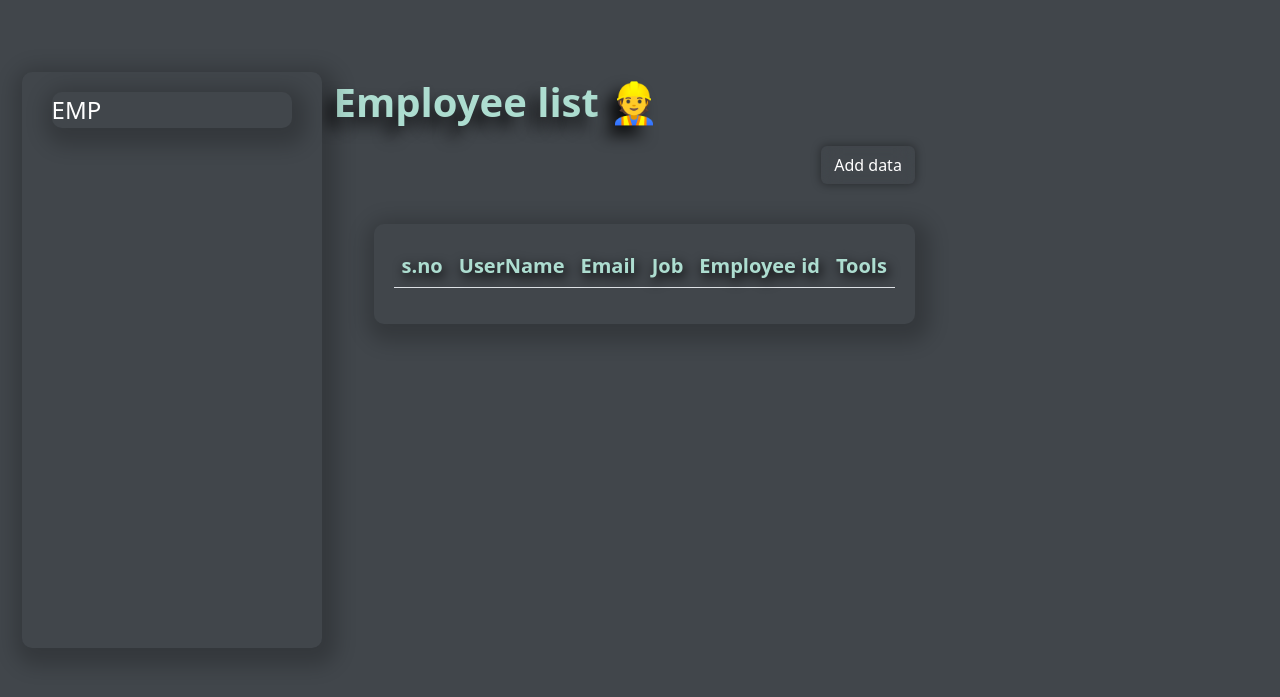
Repository: iamevs/Employee-Management-System
Page: /home (app in client/)
These files come from the project's save history. The page is drawn as it stood at one moment and after the next save; the edit follows.
The browser window is 1280 px wide. The pictures show the whole page.
The page's requests for data from a server got no answer. The project was rebuilt for these pictures with package versions that can differ from the ones it lists, and the page was loaded fresh each time. No one was signed in, and anything a server would have sent is missing. Also part of the build but not shown: client/vite.config.js, client/src/components/Register.jsx, client/src/components/Edit.jsx, client/src/components/Hero.jsx. Imported but missing from the stored project, and not drawn on this page: client/src/components/Details.

Above is the page before, as saved 2022-11-29 01:49:19.

After the next save:
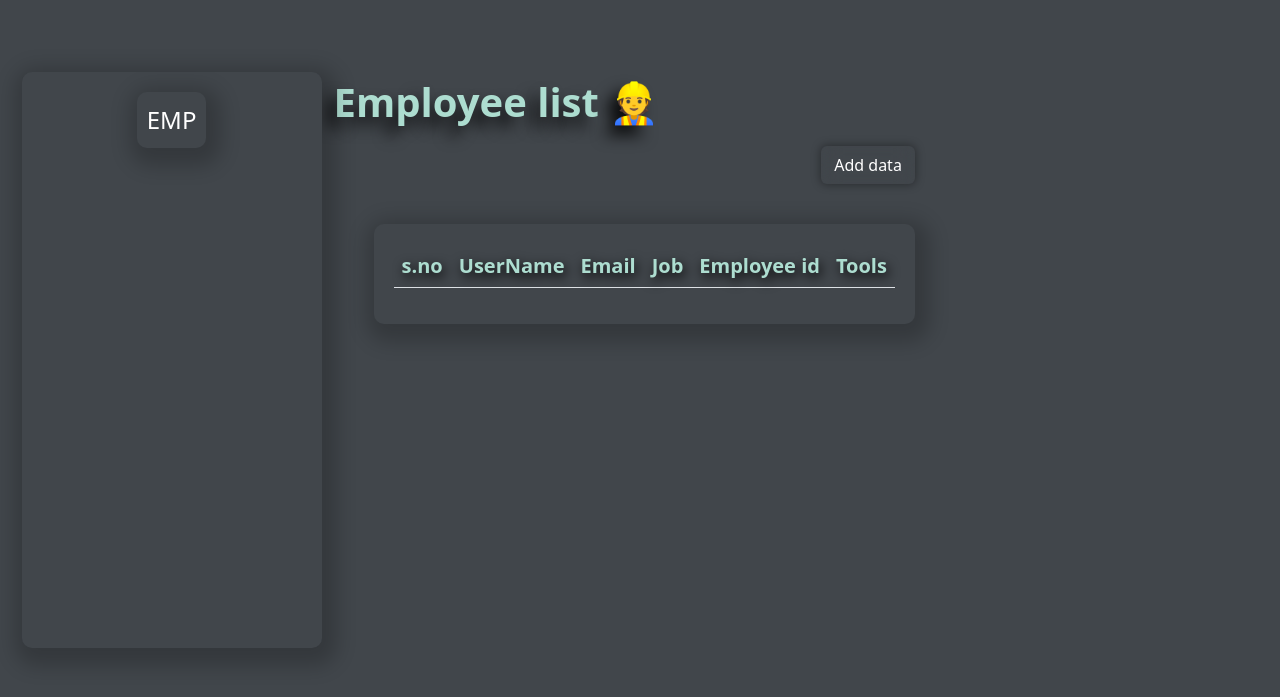
Saved 10 s later.
--- a/client/src/components/Navbar.jsx
+++ b/client/src/components/Navbar.jsx
@@ -60,7 +60,8 @@ const Navbar = () => {
                 borderRadius: "10px",
                 marginTop: "20px",
                 boxShadow: "4px 7px 20px 11px rgb(0 0 0 / 20%)",
-                width: "80%",
+                width: "auto",
+                padding: "10px",
             }}>
                 EMP
             </Box>
